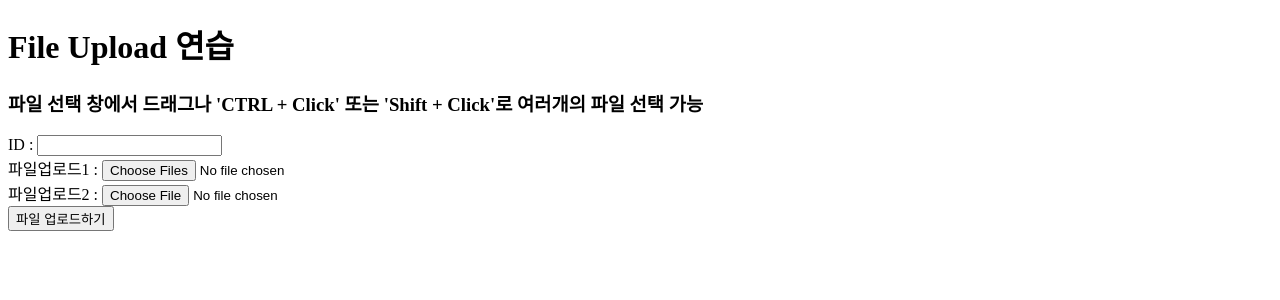
Repository: p2terkim/servletWork
Page: http://localhost/servletTest/basic/fileupload/allfiles.jsp
These files come from the project's save history. The page is drawn as it stood at one moment and after the next save; the edit follows.
The browser window is 1280 px wide. The pictures show the whole page.
The page is served by Tomcat 9.

Above is the page before, as saved 2021-05-21 04:51:03.

After the next save:
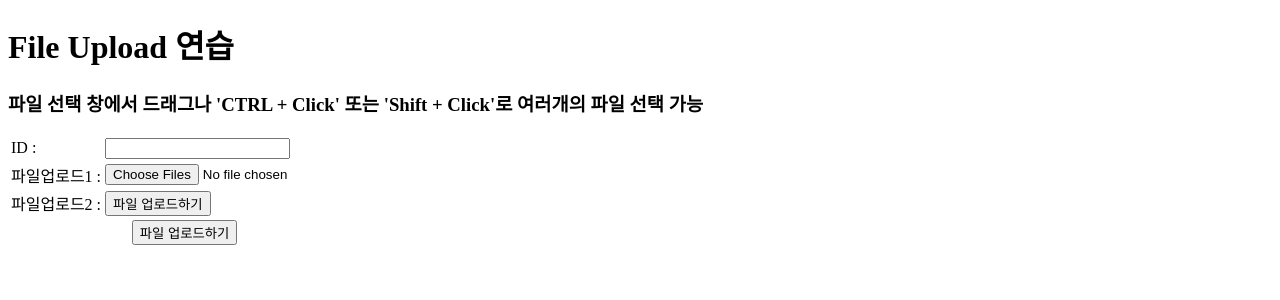
Saved 4 min 19 s later.
--- a/servletTest/WebContent/basic/fileupload/allfiles.jsp
+++ b/servletTest/WebContent/basic/fileupload/allfiles.jsp
@@ -11,10 +11,24 @@
 <h3>파일 선택 창에서 드래그나 'CTRL + Click' 또는 'Shift + Click'로 여러개의 파일 선택 가능</h3>
 
 <form method="post" action="">
-	ID : <input type="text" name="memid"><br>
-	파일업로드1 : <input type="file" name="fileup1" multiple><br>
-	파일업로드2 : <input type="file" name="fileup2" ><br>
-	<input type="submit" value="파일 업로드하기">
+<table>
+<tr>
+	<td>ID : </td>
+	<td><input type="text" name="memid"></td>
+</tr>
+<tr>
+	<td>파일업로드1 : </td>
+	<td><input type="file" name="fileup1" multiple></td>
+</tr>
+<tr>
+	<td>파일업로드2 : </td>
+	<td><input type="submit" value="파일 업로드하기"></td>
+</tr>
+<tr>
+	<td colspan="2" style="text-align:center;"><input type="submit" value="파일 업로드하기"></td>
+</tr>
+</table>
+
 </form>
 </body>
 </html>
